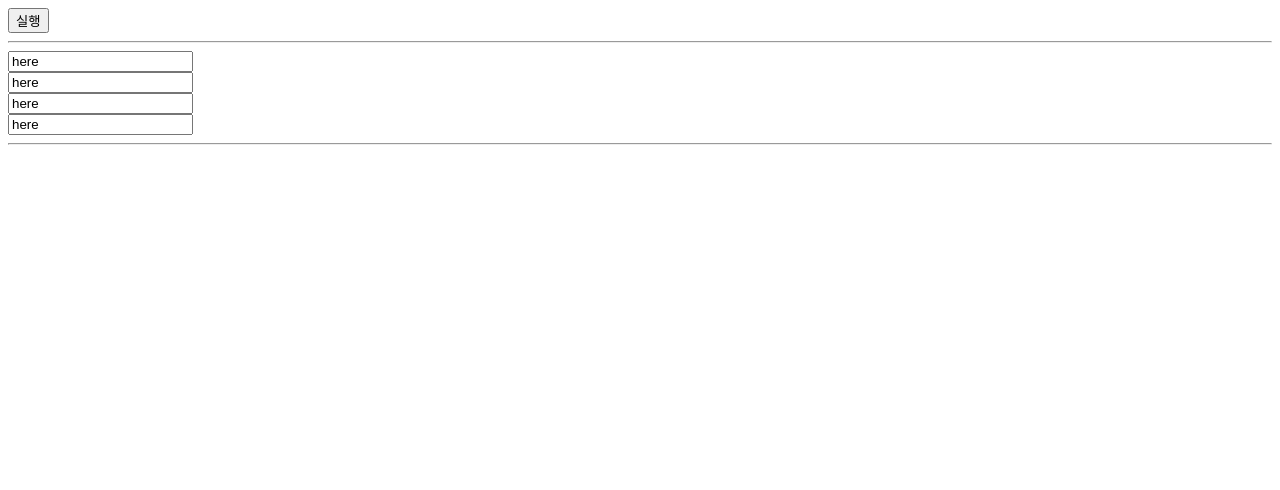
Repository: jinseon5462/Study_Jsp2
Page: http://localhost/ajax_crud/listView.jsp
An editor plug-in stored every save of this project. The page is shown before and after the next save, followed by the edit.
The browser window is 1280 px wide. The pictures show the whole page.
The page is served by Tomcat 9.

Above is the page before, as saved 2023-01-03 12:35:43.

After the next save:
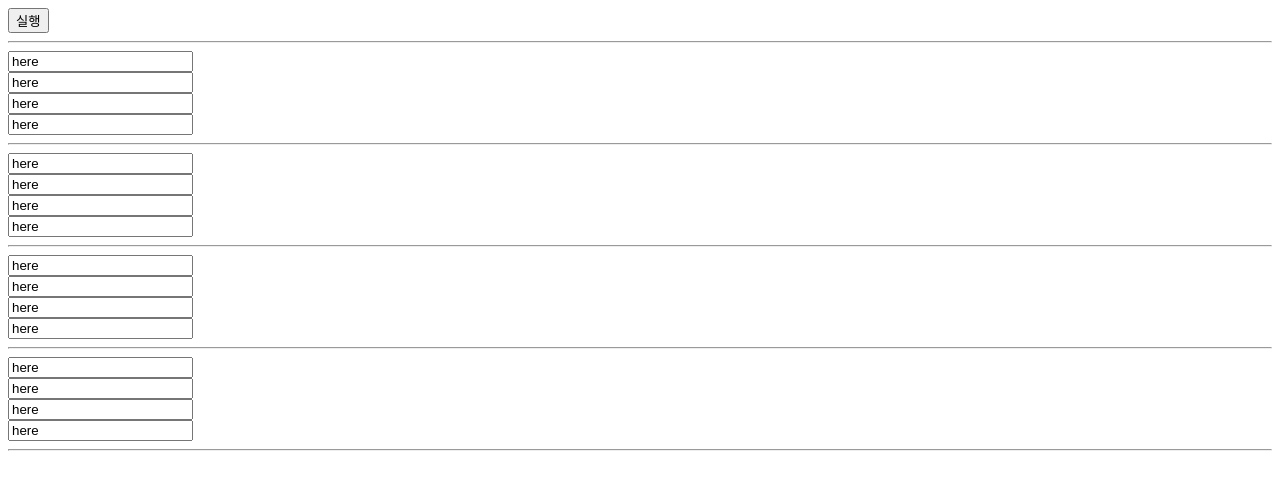
Saved 8 s later.
--- a/jsp_ws/ajax_crud/src/main/webapp/listView.jsp
+++ b/jsp_ws/ajax_crud/src/main/webapp/listView.jsp
@@ -10,6 +10,21 @@
 <button id="btn">실행</button>
 <hr>
 
+<input type="text" id="id" value="here"><br>
+<input type="text" id="pw" value="here"><br>
+<input type="text" id="name" value="here"><br>
+<input type="text" id="tel" value="here"><br>
+<hr>
+<input type="text" id="id" value="here"><br>
+<input type="text" id="pw" value="here"><br>
+<input type="text" id="name" value="here"><br>
+<input type="text" id="tel" value="here"><br>
+<hr>
+<input type="text" id="id" value="here"><br>
+<input type="text" id="pw" value="here"><br>
+<input type="text" id="name" value="here"><br>
+<input type="text" id="tel" value="here"><br>
+<hr>
 <input type="text" id="id" value="here"><br>
 <input type="text" id="pw" value="here"><br>
 <input type="text" id="name" value="here"><br>
